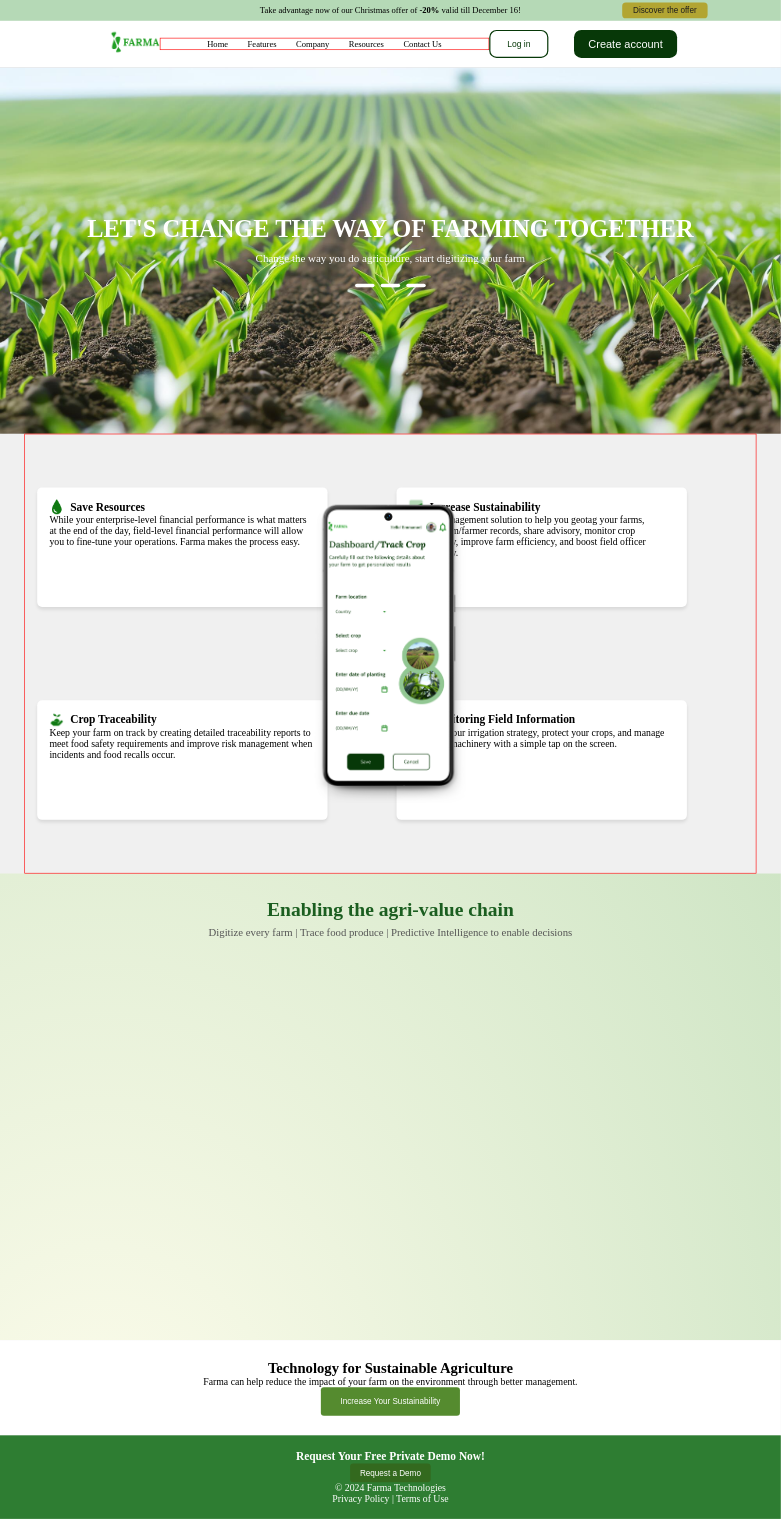
Repository: Cryptim/FARMA-TEAM-4
Page: index.html
The author's editor kept a copy of each file at every save. The page is drawn from the files as they stood at one save, then again after the next save.
The browser window is 1280 px wide. The pictures show the whole page, at 61% of full size.

Above is the page before, as saved 2024-12-05 22:26:03.

### index.html
<!DOCTYPE html>
<html lang="en">
  <head>
    <meta charset="UTF-8" />
    <meta name="viewport" content="width=device-width, initial-scale=1.0" />
    <title>Farma - Smart Agriculture</title>
    <link rel="stylesheet" href="styles.css" />
  </head>
  <body>
    <!-- Top Notification Bar -->
    <header style="justify-content: center; align-items: center">
      <div class="top-bar">
        <div class="top-bar-text">
          Take advantage now of our Christmas offer of
          <strong>-20%</strong> valid till December 16!
        </div>
        <button class="offer-btn">Discover the offer</button>
      </div>

      <!-- Navbar -->

      <nav class="navbar">
        <div class="logo">
          <img src="assets/icons/logo.png" alt="Farma Logo" />
        </div>

        <ul class="nav-links">
          <li><a href="#">Home</a></li>
          <li><a href="#">Features</a></li>
          <li><a href="#">Company</a></li>
          <li><a href="#">Resources</a></li>
          <li><a href="#">Contact Us</a></li>
        </ul>

        <div class="auth-buttons">
          <button class="login-btn">Log in</button>
          <button class="create-btn">Create account</button>
        </div>
      </nav>
    </header>

    <!-- Hero Section -->
    <div class="hero">
      <div class="hero-content">
        <h1>LET'S CHANGE THE WAY OF FARMING TOGETHER</h1>
        <p>Change the way you do agriculture, start digitizing your farm</p>
      </div>
      <div class="carousel-indicator">
        <span class="dot"></span>
        <span class="dot"></span>
        <span class="dot"></span>
      </div>
    </div>

    <!-- Features Section -->
    <div class="container">
      <div class="card">
        <h3>
          <img
            src="assets/icons/Blood-Drop--Streamline-Ultimate.png"
            alt="Water Drop"
            class="icon"
          />
          Save Resources
        </h3>
        <p>
          While your enterprise-level financial performance is what matters at
          the end of the day, field-level financial performance will allow you
          to fine-tune your operations. Farma makes the process easy.
        </p>
      </div>
      <div class="card">
        <h3>
          <img
            src="assets/icons/Analytics-Net--Streamline-Ultimate.png"
            alt="Sustainability"
            class="icon"
          />
          Increase Sustainability
        </h3>
        <p>
          A farm management solution to help you geotag your farms, digitize
          farm/farmer records, share advisory, monitor crop productivity,
          improve farm efficiency, and boost field officer productivity.
        </p>
      </div>
      <div class="center-card">
        <img
          src="assets/images/iMockup - Google Pixel 8 Pro.png"
          alt="Dashboard Screenshot"
        />
      </div>
      <div class="card">
        <h3>
          <img
            src="assets/icons/Hand-Holding-Seedling--Streamline-Atlas.png"
            alt="Crop Traceability"
            class="icon"
          />
          Crop Traceability
        </h3>
        <p>
          Keep your farm on track by creating detailed traceability reports to
          meet food safety requirements and improve risk management when
          incidents and food recalls occur.
        </p>
      </div>
      <div class="card">
        <h3>
          <img
            src="assets/icons/Hourglass-Split--Streamline-Bootstrap.png"
            alt="Field Monitoring"
            class="icon"
          />
          Monitoring Field Information
        </h3>
        <p>
          Optimize your irrigation strategy, protect your crops, and manage your
          farm machinery with a simple tap on the screen.
        </p>
      </div>
    </div>
    <!-- Value Chain Section -->
    <section class="agri-value-chain">
      <h1>Enabling the agri-value chain</h1>
      <p>
        Digitize every farm | Trace food produce | Predictive Intelligence to
        enable decisions
      </p>
      <!-- Single Central Image -->
      <div>

      </div>
    </section>

    <!-- Sustainability Section -->
    <section class="sustainability">
      <h2>Technology for Sustainable Agriculture</h2>
      <p>
        Farma can help reduce the impact of your farm on the environment through
        better management.
      </p>
      <button>Increase Your Sustainability</button>
    </section>

    <!-- Footer -->
    <footer>
      <div class="footer-content">
        <h3>Request Your Free Private Demo Now!</h3>
        <button>Request a Demo</button>
      </div>
      <div class="footer-links">
        <p>© 2024 Farma Technologies</p>
        <p>Privacy Policy | Terms of Use</p>
      </div>
    </footer>

    <script src="script.js"></script>
  </body>
</html>

### styles.css
/* Reset and Base Styles */
* {
  margin: 0;
  padding: 0;
  box-sizing: border-box;
}
/* Style the scrollbar */
::-webkit-scrollbar {
  width: 15px; /* width of the scrollbar */
  height: 15px; /* height of the scrollbar for horizontal scrolling */
}

/* Style the scrollbar track (the area the scrollbar moves through) */
::-webkit-scrollbar-track {
  background: #f1f1f1; /* Light grey track */
  border-radius: 10px; /* Rounded corners */
}

/* Style the scrollbar thumb (the draggable part of the scrollbar) */
::-webkit-scrollbar-thumb {
  background: #4caf50; /* Green thumb */
  /* border-radius: 10px;    */
  /* Rounded corners */
  transition: background-color 0.3s ease;
}

/* Hover effect for the scrollbar thumb */
::-webkit-scrollbar-thumb:hover {
  background: #45a049; /* Darker green on hover */
}

body {
  margin: 0;
  padding: 0;
  justify-content: center;
  align-items: center;
  height: 100vh; /* Make sure the body takes the full viewport height */
  background-color: #f0f0f0; /* Optional: set a background color */
}

/* Top Notification Bar */
.top-bar {
  background-color: #b5d9b6;
  color: #000000;
  font-size: 14px;
  display: flex;
  justify-content: center;
  align-items: center;
  height: 34px;
  position: relative; /* Allow precise positioning for child elements */
  padding: 0 20px;
}

.top-bar-text {
  text-align: center;
  flex: 1; /* Allow the text to take up available space */
}

.offer-btn {
  position: absolute; /* Position the button independently */
  right: 120px; /* Align the button to the right side */
  background-color: #b2a532;
  color: #1e1e1e;
  border: none;
  padding: 4px 18px;
  border-radius: 6px;
  width: auto;
  cursor: pointer;
  display: flex;
  justify-content: center;
  align-items: center;
  height: 26px;
}

.offer-btn:hover {
  background-color: #92c793;
}
/* done with the above */

/* Navbar */
.navbar {
  display: flex;
  justify-content: space-between;
  align-items: center;
  padding: 15px 50px;
  background-color: #fff;
  border-bottom: 1px solid #ddd;
}

.navbar .logo {
  margin-left: 120px;
  font-size: 24px;
  font-weight: bold;
  color: #2c5f2d;
}

.logo img {
  height: 40px;
  width: auto; /* Maintain the aspect ratio */
}

.nav-links {
  display: flex;
  justify-content: center;
  gap: 32px;
  flex-grow: 1; /* Allow the nav-links section to grow and take available space */
  align-items: center;
  border: 1px solid red;
}

.nav-links li {
  list-style: none;
}
.nav-links a:hover {
  color: #92c793;
}
.nav-links a {
  text-decoration: none;
  color: #000;
  font-size: 14px;
  font-weight: 500;
}

.auth-buttons {
  display: flex;
  gap: 10px;
}

.login-btn {
  background: none;
  border: 2px solid #073808;
  padding: 5px 15px;
  margin-right: 32px;
  font-size: 14px;
  cursor: pointer;
  border-radius: 12px;
  height: 46px;
  width: 97px;
  color: #073808;
}

.create-btn {
  margin-right: 120px;
  background-color: #073808;
  color: #ffffff;
  border: none;
  padding: 5px 15px;
  font-size: 18px;
  cursor: pointer;
  border-radius: 12px;
  height: 46px;
  width: 169px;
  font-weight: 500;
}

.create-btn:hover {
  background-color: #92c793;
}

/* Hero Section */
.hero {
  background: url("assets/images/bacground.png") no-repeat center center/cover;
  height: 600px;
  display: flex;
  flex-direction: column;
  justify-content: center;
  align-items: center;
  color: #fff;
  text-align: center;
  padding: 20px;
}

.hero h1 {
  font-size: 40px;
  font-weight: bold;
  margin-bottom: 15px;
}

.hero p {
  font-size: 18px;
  margin-bottom: 30px;
}

.carousel-indicator {
  display: flex;
  gap: 10px;
}

.dot {
  height: 6px;
  width: 32px;
  background-color: #fff;
  border-radius: 10px;
  display: inline-block;
  cursor: pointer;
}

.dot:hover {
  background-color: #92c793;
}

/* Features Section */
.container {
  height: 721px;
  margin: 0 auto;
  padding: 20px;
  max-width: 1200px;
  display: grid;
  grid-template-columns: repeat(2, 1fr);
  gap: 20px;
  text-align: left;
  position: relative;
  border: 1px solid red;
  justify-content: center;
  align-items: center;
}

.card {
  position: relative;
  background-color: #fff;
  padding: 20px;
  border-radius: 8px;
  box-shadow: 0 4px 6px rgba(0, 0, 0, 0.1);
  z-index: 1;
  height: 196px;
  width: 476px;
}

.card h3 {
  margin-top: 0;
  display: flex;
  align-items: center;
}

.card h3 img {
  width: 24px;
  height: 24px;
  margin-right: 10px;
}

/* Centered Card Styling */
.center-card {
  display: flex;
  position: absolute;
  z-index: 10;
  border-radius: 8px;
  align-items: center;
  justify-content: center;

  /* Centering the card */
  top: 50%;
  left: 50%;
  transform: translate(-50%, -50%); /* Center it horizontally and vertically */
  width: 300px;
  height: auto;
  text-align: center;
}

.center-card img {
  max-width: 250px;
  height: auto;
}

@media screen and (max-width: 768px) {
  .container {
    grid-template-columns: 1fr;
    margin-left: 20px;
    margin-right: 20px;
  }

  .center-card {
    transform: translate(-50%, -45%); /* Slightly adjust for smaller screens */
  }
}
/* Value Chain Section */
.agri-value-chain {
  text-align: center;
  padding: 40px 20px;
  height: 765px;
  justify-content: center;
  align-items: center;
  background: radial-gradient(
    239.91% 558% at 12.94% 141.56%,
    #fffded 0%,
    #92c793 100%
  );
}

.agri-value-chain h1 {
  font-size: 2rem;
  color: #1b5e20;
  margin-bottom: 10px;
}

.agri-value-chain p {
  margin: 0;
  font-size: 1.1rem;
  color: #555;
}
/* Central Image Styling */
.central-image {
  margin: 20px 0;
}

.central-image img {
  border: 2px solid #1b5e20; /* Add a border for emphasis */
  /* Central Image Styling */
  .central-image {
    margin: 20px 0;
  }

  .central-image img {
    width: 200px;
    height: 200px;
    border-radius: 50%; /* Optional: Circular image */
    border: 2px solid #1b5e20; /* Add a border for emphasis */
  }
}
.stats {
  display: grid;
  grid-template-columns: repeat(auto-fit, minmax(150px, 1fr));
  gap: 20px;
  margin-top: 30px;
  justify-content: center;
}

.stat-item {
  text-align: center;
}

.stat-item .icon {
  width: 50px;
  height: 50px;
  margin-bottom: 10px;
}

.stat-item h2 {
  font-size: 1.5rem;
  color: #1b5e20;
  margin: 5px 0;
}

.stat-item p {
  font-size: 1rem;
  color: #555;
}
/* Sustainability Section */
.sustainability {
  padding: 2rem;
  text-align: center;
  background: #ffffff;
}

.sustainability button {
  padding: 1rem 2rem;
  color: #fff;
  background-color: #558b2f;
  border: none;
  border-radius: 5px;
  cursor: pointer;
}

.sustainability button:hover {
  background-color: #92c793;
}

/* Footer */
footer {
  background: #2e7d32;
  color: #fff;
  padding: 1.5rem;
  text-align: center;
}

.footer-content button {
  padding: 0.5rem 1rem;
  background: #33691e;
  border: none;
  color: #fff;
  border-radius: 5px;
  cursor: pointer;
}

Loaded but not shown: script.js (no stored copy; drawn as an empty file)

After the next save:
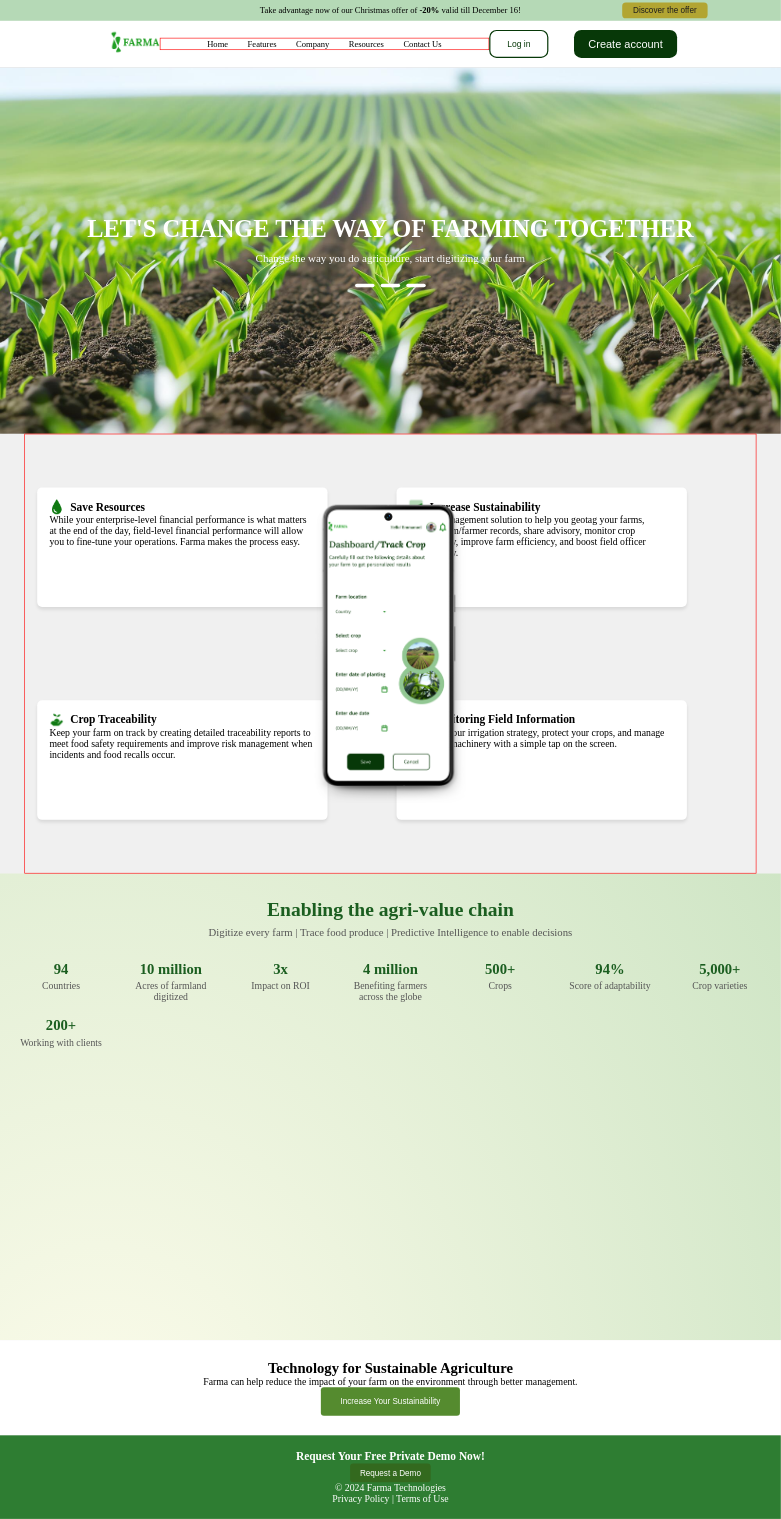
Saved 10 s later.
--- a/index.html
+++ b/index.html
@@ -129,7 +129,41 @@
       </p>
       <!-- Single Central Image -->
       <div>
-
+        <!-- Stats referencing the central image -->
+        <div class="stats">
+          <div class="stat-item">
+            <h2>94</h2>
+            <p>Countries</p>
+          </div>
+          <div class="stat-item">
+            <h2>10 million</h2>
+            <p>Acres of farmland digitized</p>
+          </div>
+          <div class="stat-item">
+            <h2>3x</h2>
+            <p>Impact on ROI</p>
+          </div>
+          <div class="stat-item">
+            <h2>4 million</h2>
+            <p>Benefiting farmers across the globe</p>
+          </div>
+          <div class="stat-item">
+            <h2>500+</h2>
+            <p>Crops</p>
+          </div>
+          <div class="stat-item">
+            <h2>94%</h2>
+            <p>Score of adaptability</p>
+          </div>
+          <div class="stat-item">
+            <h2>5,000+</h2>
+            <p>Crop varieties</p>
+          </div>
+          <div class="stat-item">
+            <h2>200+</h2>
+            <p>Working with clients</p>
+          </div>
+        </div>
       </div>
     </section>
 
